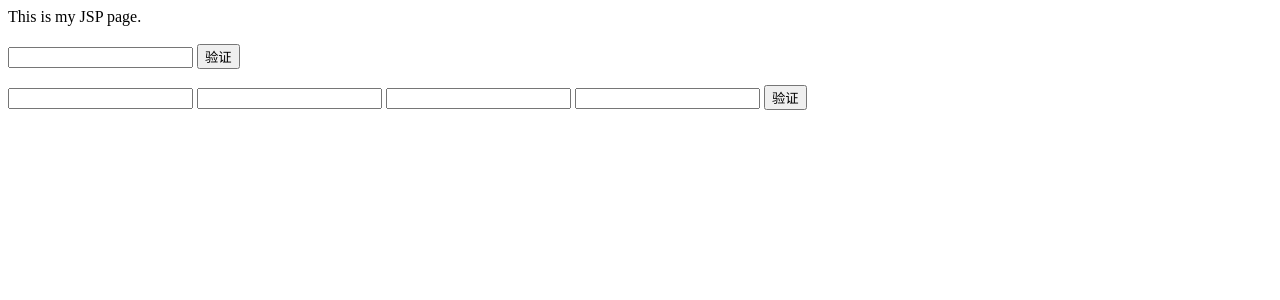
Repository: ruanhuabin/IntelliEyeShade
Page: http://localhost/IntelliEyeShade/users/users_verify.jsp
The author's editor kept a copy of each file at every save. The page is drawn from the files as they stood at one save, then again after the next save.
The browser window is 1280 px wide. The pictures show the whole page.
The page is served by Tomcat 9. Nobody is signed in. The application's start-up code is not run.

Above is the page before, as saved 2016-12-14 03:50:35.

After the next save:
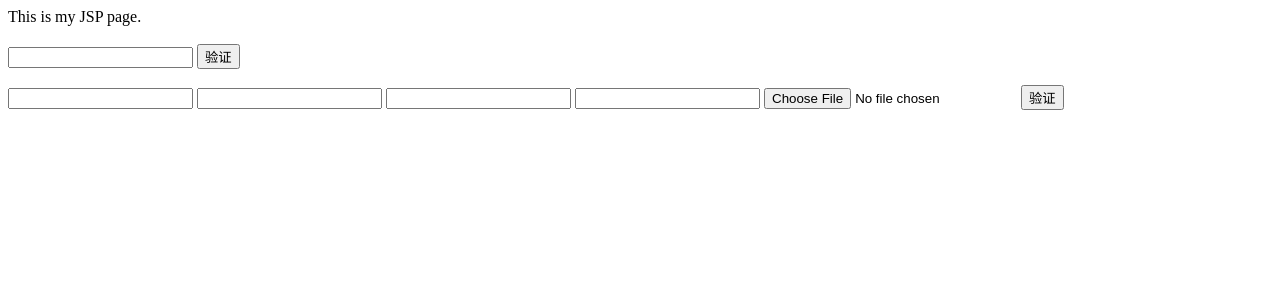
Saved 14 s later.
--- a/IntelliEyeShade/WebRoot/users/users_verify.jsp
+++ b/IntelliEyeShade/WebRoot/users/users_verify.jsp
@@ -38,6 +38,7 @@ String basePath = request.getScheme()+"://"+request.getServerName()+":"+request.
   <input type="text" name="UserName"/>
   <input type="text" name="UserAge"/>
   <input type="text" name="UserGender"/>
+  <input type="file" name="yourFile"/>
   <input type="submit" value="验证"/>
   </form>
 
